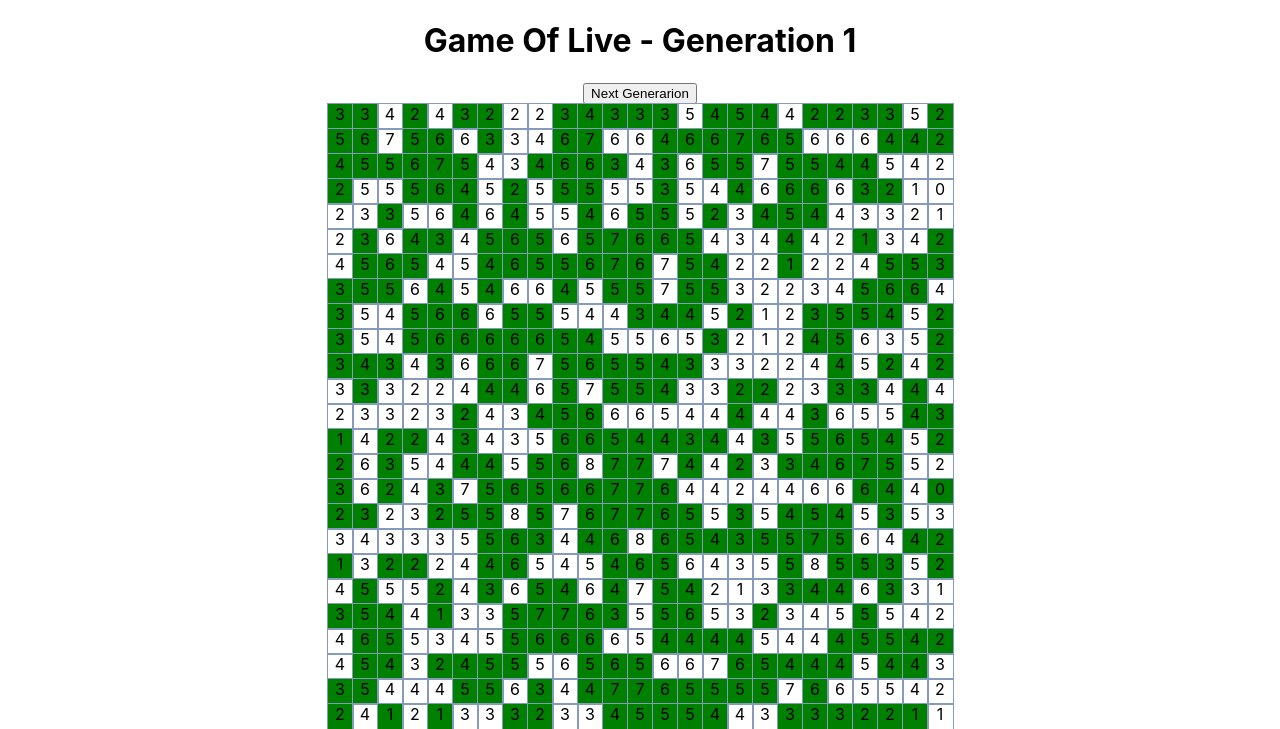
Repository: cfaguilera20/gol
Page: /
An editor plug-in stored every save of this project. The page is shown before and after the next save, followed by the edit.
The browser window is 1280 px wide. The pictures show the whole page.
The project was rebuilt for these pictures with package versions that can differ from the ones it lists, and the page was loaded fresh each time.

Above is the page before, as saved 2021-07-25 12:32:35.

### src/App.js
import './App.css';

import Board from './components/Board.jsx';

function App() {
    return (
        <div className="App">
            <Board />
        </div>
    );
}

export default App;

### src/components/Board.jsx
import React, { useState } from 'react';
import './Board.css';

const WORLD_SIZE = 25;
const WORLD_POPULATION = Math.round(WORLD_SIZE * WORLD_SIZE * 0.25);

const Board = (props) => {
    const [world, setWorld] = useState(
        createWorld(WORLD_SIZE, WORLD_POPULATION)
    );
    const [generation, setGeneration] = useState(1);

    const onNextGeneration = () => {
        setGeneration(generation + 1);
        world.nextGeneration();
    };

    return (
        <>
            <h1>Game Of Live - Generation {generation}</h1>
            <button onClick={onNextGeneration}>Next Generarion</button>
            <div className="world">
                {world.board.map((row, rowIdx) => (
                    <div key={rowIdx} className="row">
                        {row.map((cell, cellIdx) => {
                            const className = cell.getColor();
                            const neighborsAlive =
                                cell.getNeighborsAliveCounter();
                            return (
                                <div key={cellIdx} className={className}>
                                    {neighborsAlive}
                                </div>
                            );
                        })}
                    </div>
                ))}
            </div>
        </>
    );
};

class Cell {
    constructor(world, x, y, isAlive) {
        this.world = world;
        this.x = x;
        this.y = y;
        this.isAlive = isAlive;
    }

    getNeighbors() {
        return this.world.getNeighbors(this.x, this.y);
    }

    getNeighborsAlive() {
        return this.getNeighbors().filter((cell) => cell.isAlive === 0);
    }

    getNeighborsAliveCounter() {
        return this.getNeighborsAlive().length;
    }

    getColor() {
        return this.isAlive ? 'cell' : 'cell cell-green';
    }

    nextGeneration() {
        return this.getNeighborsAliveCounter() > 2;
    }
}

class World {
    constructor(size, population) {
        this.size = size;
        this.currentPopulation = 0;
        this.population = population;
        this.board = [];
        this.createBoard();
    }

    createBoard() {
        for (let y = 0; y < this.size; y++) {
            this.board[y] = [];
            for (let x = 0; x < this.size; x++) {
                const isAlive = Math.round(Math.random());
                this.board[y][x] = new Cell(this, x, y, isAlive);
                this.population++;
            }
        }
    }

    getCell(x, y) {
        return this.board[y][x];
    }

    setCell(x, y, value) {
        this.board[y][x].value = value;
    }

    getNeighbors(x, y) {
        const neighbors = [];
        const neighborsIdx = [
            [1, 0],
            [-1, 0],
            [0, 1],
            [0, -1],
            [1, 1],
            [1, -1],
            [-1, 1],
            [-1, -1],
        ];
        neighborsIdx.forEach(([dx, dy]) => {
            const [nx, ny] = [x + dx, y + dy];
            if (nx >= 0 && nx < this.size && ny >= 0 && ny < this.size) {
                neighbors.push(this.board[ny][nx]);
            }
        });
        return neighbors;
    }

    nextGeneration() {
        const nextBoard = [];
        for (let y = 0; y < this.size; y++) {
            nextBoard[y] = [];
            for (let x = 0; x < this.size; x++) {
                const cell = this.getCell(x, y);
                const isAlive = cell.isAlive;
                const nextIsAlive = cell.nextGeneration();
                nextBoard[y][x] = new Cell(this, x, y, nextIsAlive);
                this.currentPopulation += nextIsAlive - isAlive;
            }
        }
        this.board = nextBoard;
    }
}

const createWorld = (WORLD_SIZE, WORLD_POPULATION) => {
    const board = new World(WORLD_SIZE, WORLD_POPULATION);
    return board;
};

export default Board;

### src/components/Board.css
.row {
    height: 25px;
}

.cell {
    width: 25px;
    height: 25px;
    outline: 1px solid rgb(134, 154, 189);
    display: inline-block;
}

.cell-green {
    background-color: green;
}

.cell-red {
    background-color: red;
}

.cell-purple {
    background-color: purple;
}

Loaded but not shown: public/index.html (common file); src/index.js (common file); src/index.css (common file); src/reportWebVitals.js (common file); src/App.css (common file)

After the next save:
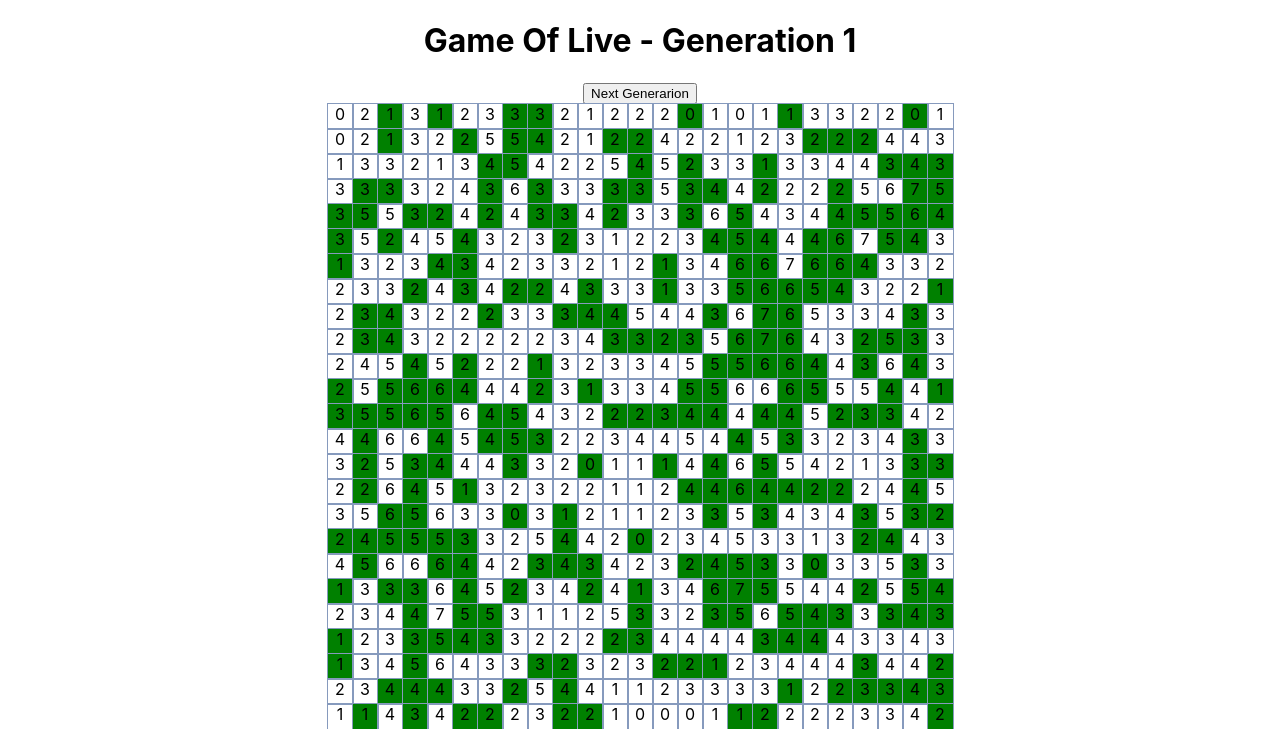
Saved 2 min 53 s later.
--- a/src/components/Board.jsx
+++ b/src/components/Board.jsx
@@ -52,7 +52,7 @@ class Cell {
     }
 
     getNeighborsAlive() {
-        return this.getNeighbors().filter((cell) => cell.isAlive === 0);
+        return this.getNeighbors().filter((cell) => cell.isAlive === 1);
     }
 
     getNeighborsAliveCounter() {
@@ -60,7 +60,7 @@ class Cell {
     }
 
     getColor() {
-        return this.isAlive ? 'cell' : 'cell cell-green';
+        return this.isAlive ? 'cell cell-green' : 'cell';
     }
 
     nextGeneration() {
